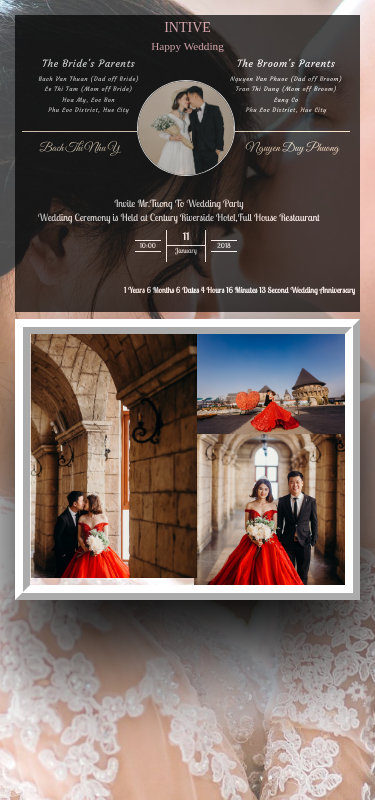
Repository: nguyenhuutuong999/WeddingOfSister
Page: index.html
These files come from the project's save history. The page is drawn as it stood at one moment and after the next save; the edit follows.
The browser window is 375 px wide. The pictures show the whole page.
Some web fonts or font styles are not loaded; a fallback is used.

Above is the page before, as saved 2019-09-18 11:05:43.

### index.html
<!doctype html>
<html>

<head>
    <meta charset="utf-8">
    <meta name="viewport" content="width=device-width, initial-scale=1">
    <title>Wedding</title>

    <!-- Latest compiled and minified CSS & JS -->

    <link rel="stylesheet" href="./style.css">


    <!-- Latest compiled and minified CSS & JS -->
    <link rel="stylesheet" media="screen" href="//netdna.bootstrapcdn.com/bootstrap/3.3.4/css/bootstrap.min.css">
    <script src="//code.jquery.com/jquery.js"></script>
    <script src="//netdna.bootstrapcdn.com/bootstrap/3.3.4/js/bootstrap.min.js"></script>

    <link rel="stylesheet" href="./animate.css">
    <script type="text/javascript" src="./wow.min.js"></script>
    <script>
        new WOW().init();
    </script>

</head>


<body>
    <div id="container">
        <div id="opacity-background"></div>

        <div id="album">
            <img id="vh" name="image_vh" src="./images/vh1.jpg" class="wow fadeInLeft" data-wow-duration="1s">
            <img id="hh" name="image_hh" src="./images/hh1.jpg" class="wow fadeInRight" data-wow-duration="1s">
            <img id="s" name="image_s" src="./images/s1.jpg" class="wow fadeInUp" data-wow-duration="1s">
        </div>
        <div id="content">
            <h1 id="invite">INTIVE</h1>
            <h2 id="happy">Happy Wedding</h2>
            <div id="infor">
                <div id="bride" class="wedding">
                    <!-- // <label>Le Thi Thanh Ngan</label> -->
                    <h3>The Bride's Parents</h3>
                    <p>Bach Van Thuan (Dad off Bride)</p>
                    <p>Le Thi Tam (Mom off Bride)</p>
                    <p>Hoa My, Loc Bon</p>
                    <p>Phu Loc District, Hue City</p>

                </div>
                <div id="broom" class="wedding">
                    <!--  -->
                    <h3>The Broom's Parents</h3>
                    <p>Nguyen Van Phuoc (Dad off Broom)</p>
                    <p>Tran Thi Dung (Mom off Broom)</p>
                    <p>Lang Co</p>
                    <p>Phu Loc District, Hue City</p>

                </div>
                <!-- <canvas id="myCanvas" width="470" height="300"></canvas> -->

            </div>
            <div id="colorful">
                <h2 style="margin-left: 0px;" class="name">Bach Thi Nhu Y</h2>
                <img name="image_s" id="radius" src="./images/s1.jpg" class="wow zoomIn" data-wow-duration="1s" />
                <h2 style="margin-left: 0px;" class="name">Nguyen Duy Phuong</h2>
            </div>
            <div id="desc">
                <div style="color: white; position: relative; margin-top: 44%;">Invite Mr.Tuong To Wedding Party</div>
                <div id="place">Wedding Ceremony is Held at Century Riverside Hotel,Full House Restaurant</div>
                <div id="time">
                    <div id="hour" class="border1">10:00</div>
                    <div id="day-month">
                        <div id="day">11</div>
                        <div id="month">January</div>
                    </div>
                    <div id="year" class="border1">2018</div>
                </div>

            </div>
            <p id="countDown"></p>
        </div>

</body>

</html>
<script type="text/javascript">
    window.onload = function () {

        setTimeout("switchImageVH()", 5000);
        setTimeout("switchImageS()", 5000);
        setTimeout("switchImageHH()", 5000);
    }
    var current_vh = 1;
    var num_image_vh = 7;

    var current_s = 1;
    var num_image_s = 7

    var current_hh = 1;
    var num_image_hh = 7;

    function switchImageVH() {
        current_vh++;
        document.images['image_vh'].src = './images/vh' + current_vh + '.jpg';

        if (current_vh < num_image_vh) {
            setTimeout("switchImageVH()", 5000);

        } else if (current_vh == num_image_vh) {

            current_vh = 1;
            setTimeout("switchImageVH()", 5000);
        }


    }
    function switchImageS() {
        current_s++;
        document.images['image_s'].src = './images/s' + current_s + '.jpg';

        if (current_s < num_image_s) {
            setTimeout("switchImageS()", 5000);

        } else if (current_s == num_image_s) {
            current_s = 1;
            setTimeout("switchImageS()", 5000);
        }
    }
    function switchImageHH() {
        current_hh++;
        document.images['image_hh'].src = './images/hh' + current_hh + '.jpg';

        if (current_hh < num_image_s) {
            setTimeout("switchImageHH()", 5000);

        } else if (current_hh == num_image_s) {
            current_hh = 1;
            setTimeout("switchImageHH()", 5000);
        }
    }

    var dateWedding = {
        year: 2018,
        month: 3,
        date: 11,
        hour: 9,
        minutes: 59,
        second: 59,
    }
    var dateAnniver = {
        year: 2018,
        month: 3,
        date: 11,
        hour: 24,
        minutes: 00,
        second: 00,
    }

    setInterval(function () {
        var today = new Date();

        // will be organization
        if (today.getFullYear() - dateWedding.year < 0) {
            if (today.getMonth() + 1 - dateWedding.month >= 0) {
                if (today.getDate() - dateWedding.date >= 0) {
                    var date = (today.getFullYear() - dateWedding.year + 1) + " Years " + (12 - (today.getMonth() + 1 - dateWedding.month) - 1) + " Months " + (30 - (today.getDate() - dateWedding.date)) + " Dates " + Math.abs((dateWedding.hour - today.getHours())) + " Hours " + Math.abs((today.getMinutes() - dateWedding.minutes)) + " Minutes " + (Math.abs(today.getSeconds() - dateWedding.second) + "Will be Organization");

                }
                else {
                    var date = ((today.getFullYear() - dateWedding.year + 1)) + " Years " + (12 - (today.getMonth() + 1 - dateWedding.month)) + " Months " + Math.abs((today.getDate() - dateWedding.date)) + " Dates " + Math.abs((dateWedding.hour - today.getHours())) + " Hours " + Math.abs((today.getMinutes() - dateWedding.minutes)) + " Minutes " + (Math.abs(today.getSeconds() - dateWedding.second) + " Will be Organization");

                }
            }
        }
        // anniversary
        if (today.getFullYear() - dateAnniver.year > 0) {
            if (today.getMonth() + 1 - dateAnniver.month >= 0) {
                if (today.getDate() - dateAnniver.date >= 0) {
                    var date = (today.getFullYear() - dateAnniver.year) + " Years " + (today.getMonth() + 1 - dateAnniver.month) + " Months " + (today.getDate() - dateAnniver.date) + " Dates " + (dateAnniver.hour - today.getHours()) + " Hours " + (today.getMinutes() - dateAnniver.minutes) + " Minutes " + (today.getSeconds() - dateAnniver.second + " Second Wedding Anniversary");

                } else {
                    var date = ((today.getFullYear() - dateAnniver.year)) + " Years " + (today.getMonth() - dateAnniver.month) + " Months " + (30 + today.getDate() - dateAnniver.date) + " Dates " + (dateAnniver.hour - today.getHours()) + " Hours " + (today.getMinutes() - dateAnniver.minutes) + " Minutes " + (today.getSeconds() - dateAnniver.second + " Second Wedding Anniversary");
                }
            }

            else if (today.getMonth() + 1 - dateAnniver.month < 0) {
                if (today.getDate() - dateAnniver.date < 0) {

                    var date = ((today.getFullYear() - dateAnniver.year) - 1) + " Years " + (12 + (today.getMonth() - dateAnniver.month)) + " Months " + (30 + today.getDate() - dateAnniver.date) + " Dates " + (dateAnniver.hour - today.getHours()) + " Hours " + (today.getMinutes() - dateAnniver.minutes) + " Minutes " + (today.getSeconds() - dateAnniver.second + " Second Wedding Anniversary");

                }
                else {
                    var date = ((today.getFullYear() - dateAnniver.year) - 1) + " Years " + (12 + (today.getMonth() - dateAnniver.month + 1)) + " Months " + (today.getDate() - dateAnniver.date) + " Dates " + (dateAnniver.hour - today.getHours()) + " Hours " + (today.getMinutes() - dateAnniver.minutes) + " Minutes " + (today.getSeconds() - dateAnniver.second + " Second Wedding Anniversary");
                    console.log("a")
                }
            }
        }

        if (today.getFullYear() - dateAnniver.year === 0) {
            if (today.getMonth() + 1 - dateAnniver.month >= 0) {
                if (today.getDate() - dateAnniver.date >= 0) {
                    var date = (today.getMonth() + 1 - dateAnniver.month) + " Months " + (today.getDate() - dateAnniver.date) + " Dates " + (dateAnniver.hour - today.getHours()) + " Hours " + (today.getMinutes() - dateAnniver.minutes) + " Minutes " + (today.getSeconds() - dateAnniver.second + " Second Wedding Anniversary");

                } else {

                    var date =(today.getMonth() - dateAnniver.month) + " Months " + (30 + today.getDate() - dateAnniver.date) + " Dates " + (dateAnniver.hour - today.getHours()) + " Hours " + (today.getMinutes() - dateAnniver.minutes) + " Minutes " + (today.getSeconds() - dateAnniver.second + " Second Wedding Anniversary");
                }
            }
            else if (today.getMonth() + 1 - dateAnniver.month < 0) {
                if (today.getDate() - dateAnniver.date < 0) {
                    var date =(Math.abs((today.getMonth()+1 - dateAnniver.month))) + " Months " + Math.abs((today.getDate() - dateAnniver.date)) + " Dates " + (dateAnniver.hour - today.getHours()) + " Hours " + (today.getMinutes() - dateAnniver.minutes) + " Minutes " + (today.getSeconds() - dateAnniver.second + " Will be Organization");
                }
                else {
                    var date =(Math.abs((today.getMonth()+1 - dateAnniver.month)))-1 + " Months " + (30-(today.getDate() - dateAnniver.date)) + " Dates " + (dateAnniver.hour - today.getHours()) + " Hours " + (today.getMinutes() - dateAnniver.minutes) + " Minutes " + (today.getSeconds() - dateAnniver.second + " Will be Organization");
                    console.log("a")
                }
            }
        }

        document.getElementById("countDown").innerHTML = date;
    }, 1000);



    // var canvas = document.getElementById('myCanvas');
    // var context = canvas.getContext('2d');

    // // Xác đinh tâm là trọng tâm của Canvas
    // var x = canvas.width / 2;
    // var y = canvas.height / 2;

    // // bán kính 75px
    // var radius = 130;

    // // Góc bắt đầu là 1.1PI
    // var startAngle = 1.1 * Math.PI;

    // // Góc kết thúc là 1.9PI
    // var endAngle = 1.9 * Math.PI;

    // // Cùng chiều kim đồng hồ
    // var counterClockwise = false;

    // // Vẽ đường cung
    // context.beginPath();
    // context.arc(x, y, radius, startAngle, endAngle, counterClockwise);
    // context.lineWidth = 1.5;

    // // line color
    // context.strokeStyle = 'blanchedalmond';
    // context.stroke();


</script>

### style.css
@import url('https://fonts.googleapis.com/css?family=Great+Vibes&display=swap');
@import url('https://fonts.googleapis.com/css?family=Cookie&display=swap');
@import url('https://fonts.googleapis.com/css?family=Courgette&display=swap');
@import url('https://fonts.googleapis.com/css?family=Berkshire+Swash|Great+Vibes&display=swap');
@import url('https://fonts.googleapis.com/css?family=Lobster+Two&display=swap');
body,html{
    top:0;
    margin: 0;
    padding: 0;
    font-family: Impact, Haettenschweiler, 'Arial Narrow Bold', sans-serif;
    width: 100%;
    height: 100%;
}

#container{
    display: flex;
    background-image: url("./images/wedding6.jpg.png");
    background-repeat: repeat;
    background-size: cover;
    width: 100%;
    height: 100%;
    position: relative;
}
#opacity-background{

    position: absolute;
    top: 0;
    left: 0;
    width: 100%;
    height: 100%;
    background:white;
    opacity: 0.3;

}

#content{

    position: relative;
    background: rgb(0, 0, 0);
    opacity: 0.7;
    width: 59%;
    float: left;
    margin: 1% 1% 1% 45%;

}
#album {
    margin: 8% 1.5% 0 1.5%;
    width: 42%;
    position: absolute;
    box-shadow: 10px 50px 100px 10px black;
    border: 20px ridge #ffffff;
}

#vh{
    width: 54%;
    position: absolute;

}
#hh{
    width: 48%;
    margin-left: 52%;

}
#s{
    width: 48%;
    margin-left: 52%;

}


#invite{
    font-family: 'Berkshire Swash', cursive;
    color: pink;
    text-align: center;
    font-size: 50px;
}
#happy{
    font-family: 'Berkshire Swash', cursive;
    color: pink;
    text-align: center;
}
#infor{
    color: white;
    font-family: 'Courgette', cursive;
    font-size: 13px;
    display: flex;
    position: absolute;
    padding: 2% 4%;
    width: 100%;
}
.wedding{
    width: calc(100%/2);
    letter-spacing: 2px;
    text-align: center;
    line-height: 15px;
}
.wedding h3{
    font-size: 25px;
}
#colorful{
    color: white;
    font-family: 'Great Vibes', cursive;
    display: flex;
    margin-top: 0px;
    position: absolute;
    text-align: center;
    width: 95%;
    align-items: center;
    margin-top: 12%;
    margin-left: 2%;

}
.name{
    border-style: solid;
    border-width: 1px 0 0 0;
    padding:  20px 0;
    margin-top: 50px;
    color: blanchedalmond;
    width: 35%;
    font-size: 32px;
}
#radius{
    border-radius: 100%;
    border: solid 1.5px white;
    width: 30%;
}

#desc{
    position: relative;
    color: white;
    font-family: 'Lobster Two', cursive;
    font-size: 20px;
    margin-top: 00%;
    text-align: center;
    width: 95%;
}



#time{
    display: flex;
    position: relative;
    width: 40%;
    margin-left: 38%;
}
#hour{
    margin: 45px 5px;
}

#year{

    margin: 45px 5px;
}
.border1{
    border-style: solid;
    border-width: 0.1px 0;
    width: 50px;
}
#day-month{
    border-style: solid;
    border-width: 0 1.5px;
    width: 90px;
    margin: 20px 0;
}
#day{
    border-style: solid;
    border-width: 0 0 1px 0;
    width: 100%;

    font-size: 30px;
    font-weight: bold;
}
/* #myCanvas{
    position: absolute;
    margin-top: 110px;
    margin-left: 185px;


} */

#bride{
    margin-left: 10px;
}
#broom{
    margin-left: 200px;
}
#countDown{
    position: relative;
    font-family: 'Lobster Two', cursive;
    color: white;
    text-align: right;
    font-size: 20px;
    font-weight: bold;
    margin-top: 0%;

    padding: 20px;
}

@media only screen and (max-width: 600px) {

    #container{
        display: inline-block;
        background-image: url("./images/wedding5.jpg");
        background-repeat: repeat;
        background-size: cover;
        width: 100%;
        height: 100%;
        position: relative;
    }
    #invite{

        margin-top: 0px;
        padding: 5px;
        font-size: 1em;
    }
    #happy{
        font-size: 0.8em;
        margin-top: -10px;
    }
    #infor{
        margin-top: -30px;
        font-size: 5px;
        padding: 5px 10px;
    }
    .wedding h3{
        font-size: 10px;
    }
    .wedding{
        width: calc(100%);
        letter-spacing: 0.5px;
        font-size: 6px;
        line-height: 0.5px;
    }

    #bride{
        margin-left: 0px;
    }
    #broom{
        margin-left: 70px;
    }
    #colorful{
        width: 95%;
        margin-top: 5%;
        margin-left: 2%;

    }
    .name{
        padding:  10px 0;
        font-size: 12px;
    }
    #radius{
        border: solid 0.5px white;
    }

    #desc{
        position: relative;
        color: white;
        font-family: 'Lobster Two', cursive;
        font-size: 10px;
        margin-top: 30%;
        text-align: center;
        width: 95%;
    }

    #time{
        display: flex;
        position: relative;
        width: 40%;
        margin-left: 35%;
        margin-top: -30px;
        font-size: 7px;
    }
    #hour{
        margin: 45px 5px;
        width: 20%;
    }

    #year{
        width: 20%;
        margin: 45px 5px;
    }

    #day-month{
        border-width: 0 1px;
        width: 40px;
        margin: 35px 0;
    }
    #day{
        width: 100%;
        font-size: 10px;

    }
    #countDown{

        font-size: 8px;
        margin-top: -5%;
    padding: 5px;

    }
    #content{

        position: relative;
        background: rgb(0, 0, 0);
        opacity: 0.7;
        width: 92%;
        margin: 4%;

    }
    #album {
        margin: 4%;
        width: 92%;
        position: absolute;
        margin-top: 85%;
        box-shadow: 10px 50px 100px 10px black;
        border: 15px ridge #ffffff;
    }

    #vh{
        width: 53%;

        position: absolute;

    }
    #hh{
        width: 48%;

        margin-left: 52%;

    }
    #s{
        width: 48%;
        margin-left: 52%;

    }


  }

  @media only screen and (min-width: 1800px) {

    #container{
        display: flex;
        background-image: url("./images/wedding6.jpg.png");
        background-repeat: repeat;
        background-size: cover;
        width: 100%;
        height: 100%;
        position: relative;
    }
    #opacity-background{

        position: absolute;
        top: 0;
        left: 0;
        width: 100%;
        height: 100%;
        background:white;
        opacity: 0.3;

    }

    #content{

        position: relative;
        background: rgb(0, 0, 0);
        opacity: 0.7;
        width: 59%;
        float: left;
        margin: 1% 1% 1% 45%;

    }
    #album {
        margin: 8% 1.5% 0 1.5%;
        width: 42%;
        position: absolute;
        box-shadow: 10px 50px 100px 10px black;
        border: 20px ridge #ffffff;
    }

    #vh{
        width: 54%;
        position: absolute;

    }
    #hh{
        width: 48%;
        margin-left: 52%;

    }
    #s{
        width: 48%;
        margin-left: 52%;

    }


    #invite{
        font-family: 'Berkshire Swash', cursive;
        color: pink;
        text-align: center;
        font-size: 70px;
    }
    #happy{
        font-family: 'Berkshire Swash', cursive;
        color: pink;
        text-align: center;
        font-size: 50px;
    }
    #infor{
        color: white;
        font-family: 'Courgette', cursive;
        font-size: 18px;
        display: flex;
        position: absolute;
        padding: 2% 4%;
        width: 100%;
    }
    .wedding{
        width: calc(100%/2);
        letter-spacing: 2px;
        text-align: center;
        line-height: 25px;
    }
    .wedding h3{
        font-size: 30px;
    }
    #colorful{
        color: white;
        font-family: 'Great Vibes', cursive;
        display: flex;
        margin-top: 0px;
        position: absolute;
        text-align: center;
        width: 95%;
        align-items: center;
        margin-top: 13%;
        margin-left: 2%;

    }
    .name{
        border-style: solid;
        border-width: 1px 0 0 0;
        padding:  20px 0;
        margin-top: 50px;
        color: blanchedalmond;
        width: 35%;
        font-size: 35px;
    }
    #radius{
        border-radius: 100%;
        border: solid 1.5px white;
        width: 30%;
    }

    #desc{
        position: relative;
        color: white;
        font-family: 'Lobster Two', cursive;
        font-size: 30px;
        margin-top: 00%;
        text-align: center;
        width: 95%;
    }



    #time{
        display: flex;
        position: relative;
        width: 50%;
        margin-left: 35%;
    }
    #hour{
        width:80px;
        margin: 80px 15px;
    }

    #year{
        width:80px;
        margin: 80px 5px;
    }

    #day-month{
        border-style: solid;
        border-width: 0 1.5px;
        width: 27%;
        margin: 30px 0;
    }
    #day{
        border-style: solid;
        border-width: 0 0 1px 0;
        width: 100%;
        font-size: 60px;
        font-weight: bold;
    }
    /* #myCanvas{
        position: absolute;
        margin-top: 110px;
        margin-left: 185px;


    } */

    #bride{
        margin-left: 10px;
    }
    #broom{
        margin-left: 200px;
    }
    #countDown{
        position: relative;
        font-family: 'Lobster Two', cursive;
        color: white;
        text-align: right;
        font-size: 20px;
        font-weight: bold;
        margin-top: 0%;
        font-style: italic;
        padding: 20px;
    }


  }

Loaded but not shown: animate.css (library); wow.min.js (library)

After the next save:
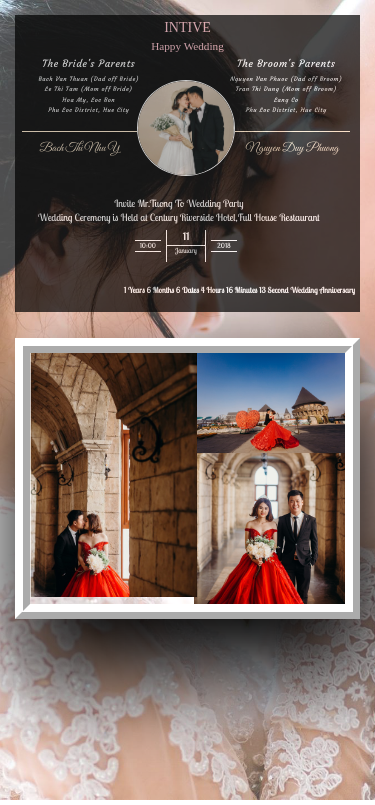
Saved 36 s later.
--- a/style.css
+++ b/style.css
@@ -310,7 +310,7 @@
         margin: 4%;
         width: 92%;
         position: absolute;
-        margin-top: 85%;
+        margin-top: 90%;
         box-shadow: 10px 50px 100px 10px black;
         border: 15px ridge #ffffff;
     }

After the save that followed:
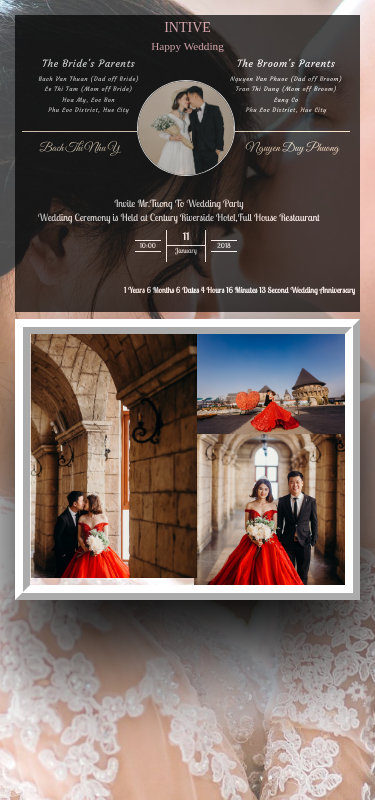
Saved 3 min 3 s later.
--- a/style.css
+++ b/style.css
@@ -310,7 +310,7 @@
         margin: 4%;
         width: 92%;
         position: absolute;
-        margin-top: 90%;
+        margin-top: 85%;
         box-shadow: 10px 50px 100px 10px black;
         border: 15px ridge #ffffff;
     }
